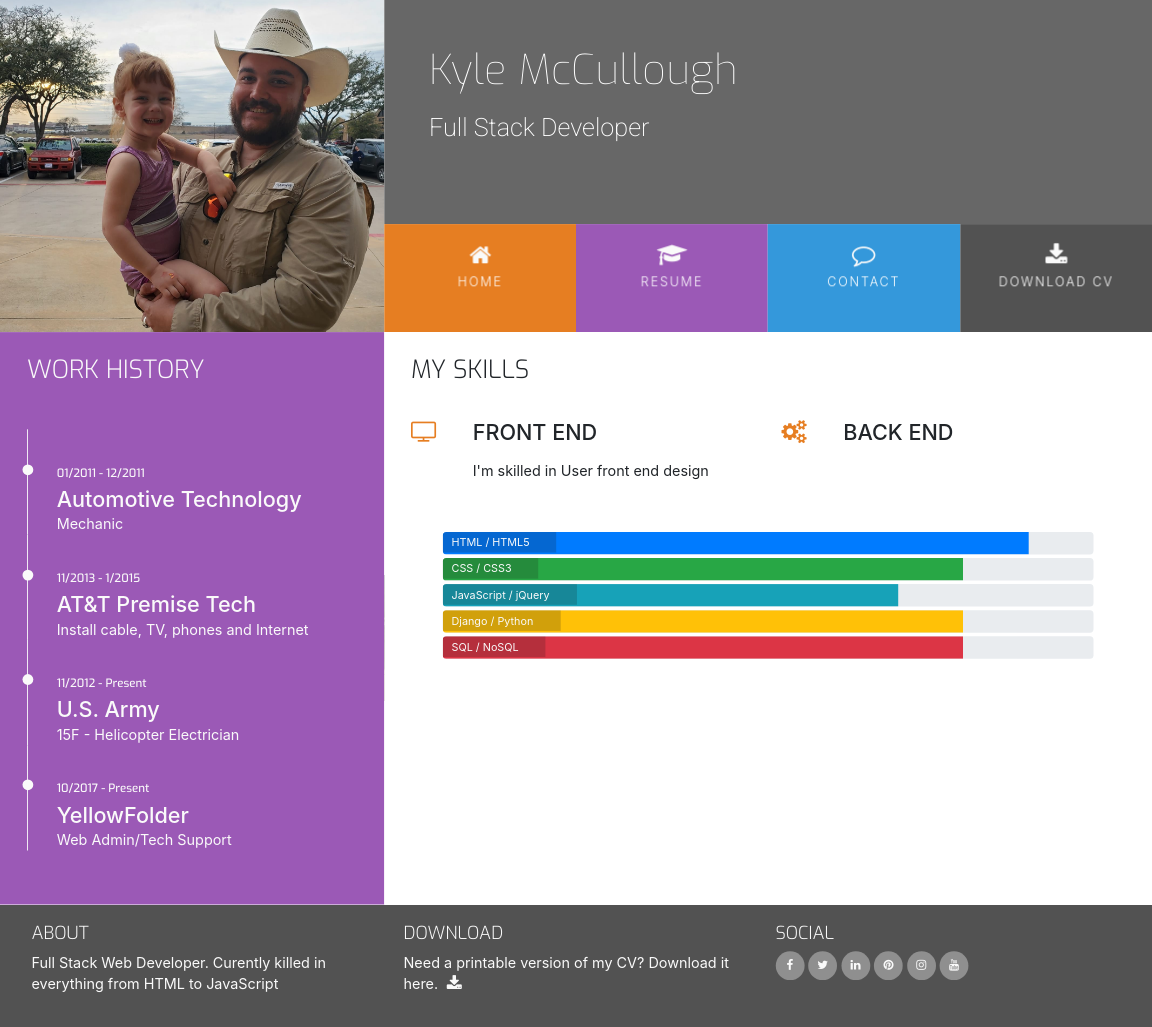
Repository: kylemccul/website
Page: resume.html
The author's editor kept a record of every edit. The page is drawn from the files as they stood at one moment, then again after the next edit.
The browser window is 1280 px wide. The pictures show the whole page, at 90% of full size.
Some web libraries are served in a nearby version.

Above is the page before.

After the next edit:
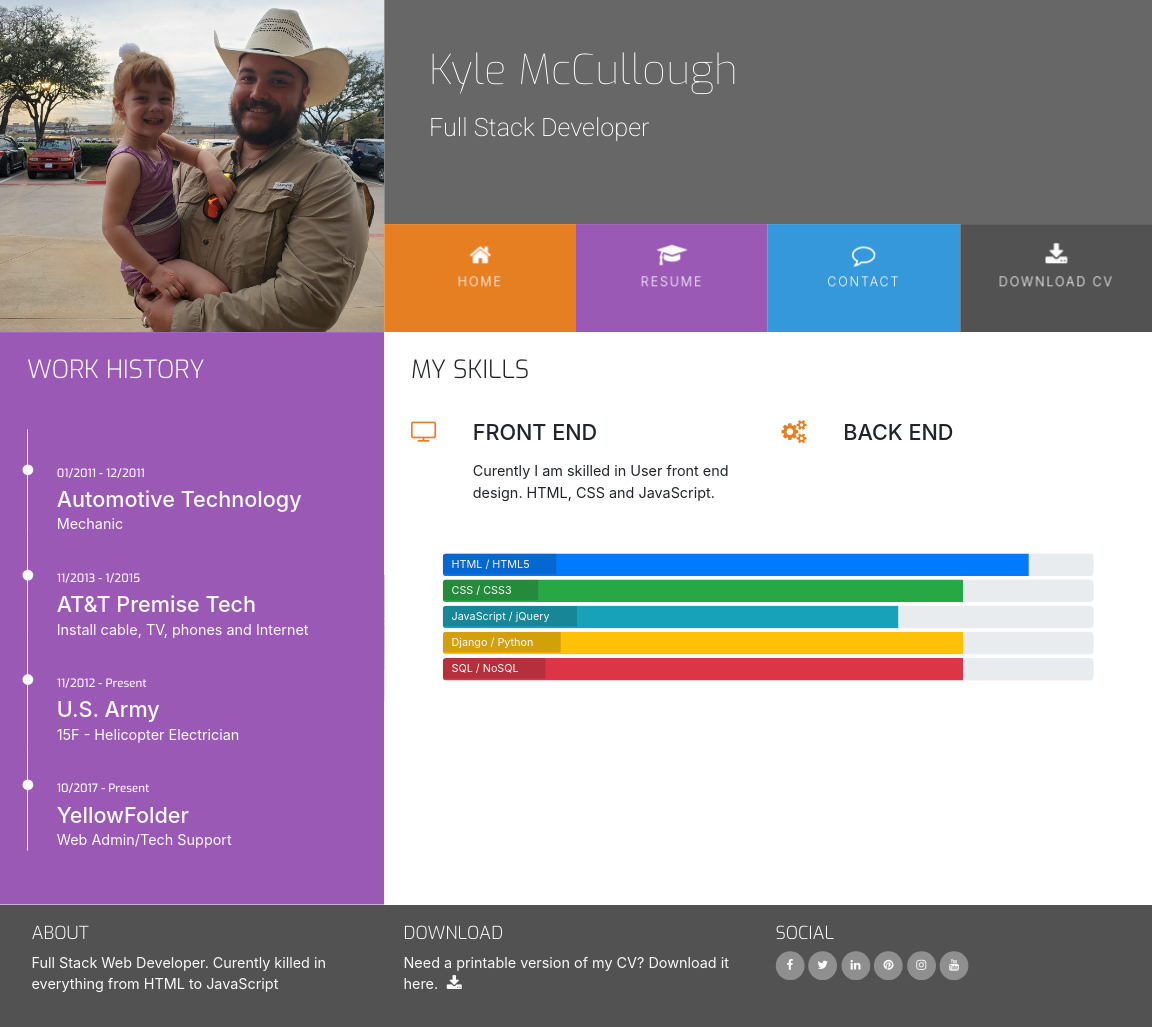
The edit:
--- a/resume.html
+++ b/resume.html
@@ -89,7 +89,7 @@
                             <div class="col-10">
                                 <h4 class="three-reasons-heading uppercase">Front End</h4>
                                 <p>
-                                    I'm skilled in User front end design
+                                    Curently I am skilled in User front end design. HTML, CSS and JavaScript.
                                 </p>
                             </div>
                         </div>
